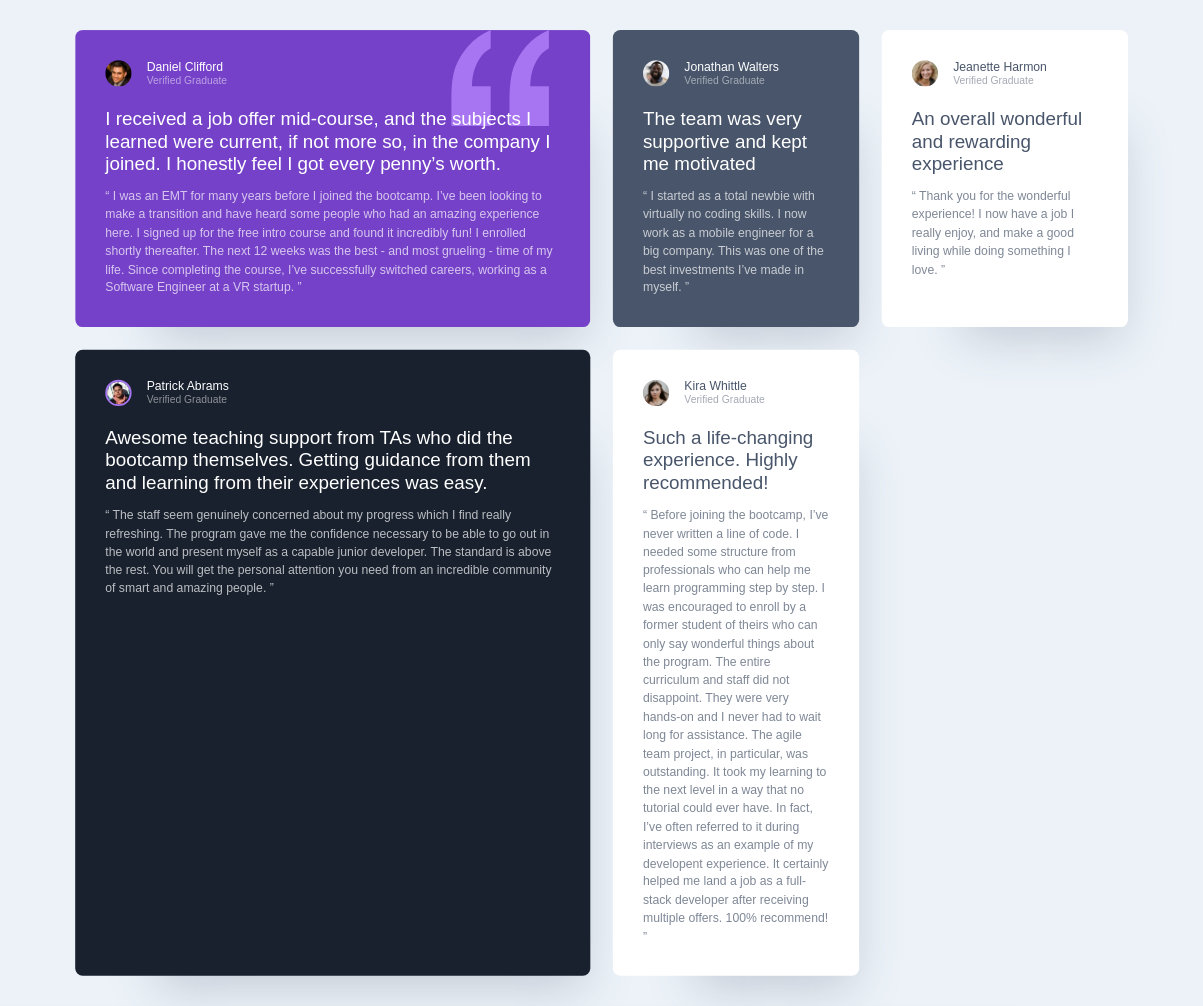
Repository: Imprasna/Grid_template
Page: index.html
These files come from the project's save history. The page is drawn as it stood at one moment and after a run of saves; the edit follows.
The browser window is 1280 px wide. The pictures show the whole page, at 94% of full size.

Above is the page before, as saved 2021-11-28 11:18:49.

After the next 4 saves:
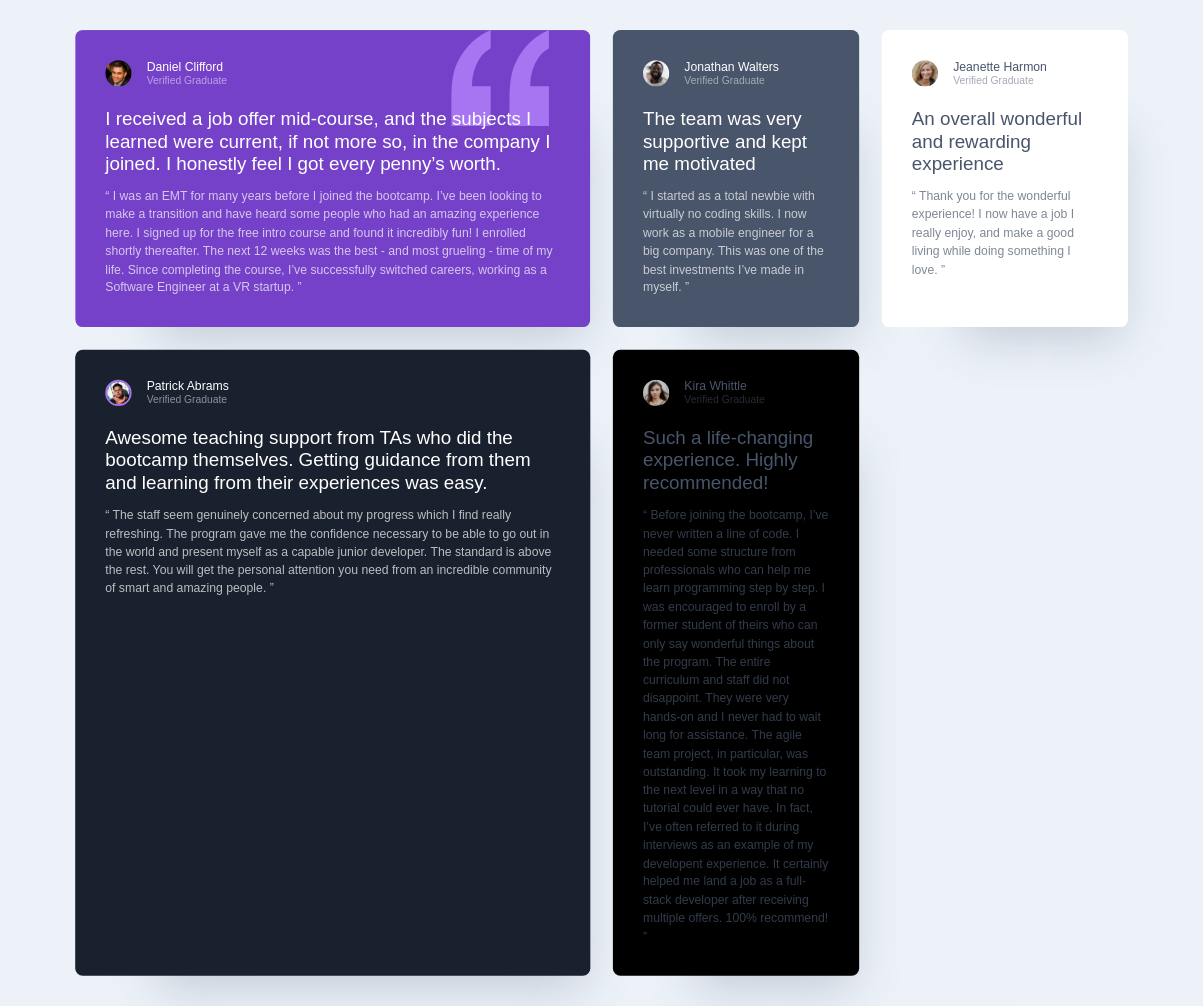
The 4 saves are shown as one change because they came seconds apart.
The last was saved 10 min 33 s later.
--- a/style.css
+++ b/style.css
@@ -157,6 +157,10 @@
       grid-column: span 2;
   }
 
+  .testimonial:last-child {
+      background: #000;
+  }
+
   .testimonial {
     font-size: var(--fs-400);
     padding: 2rem;
